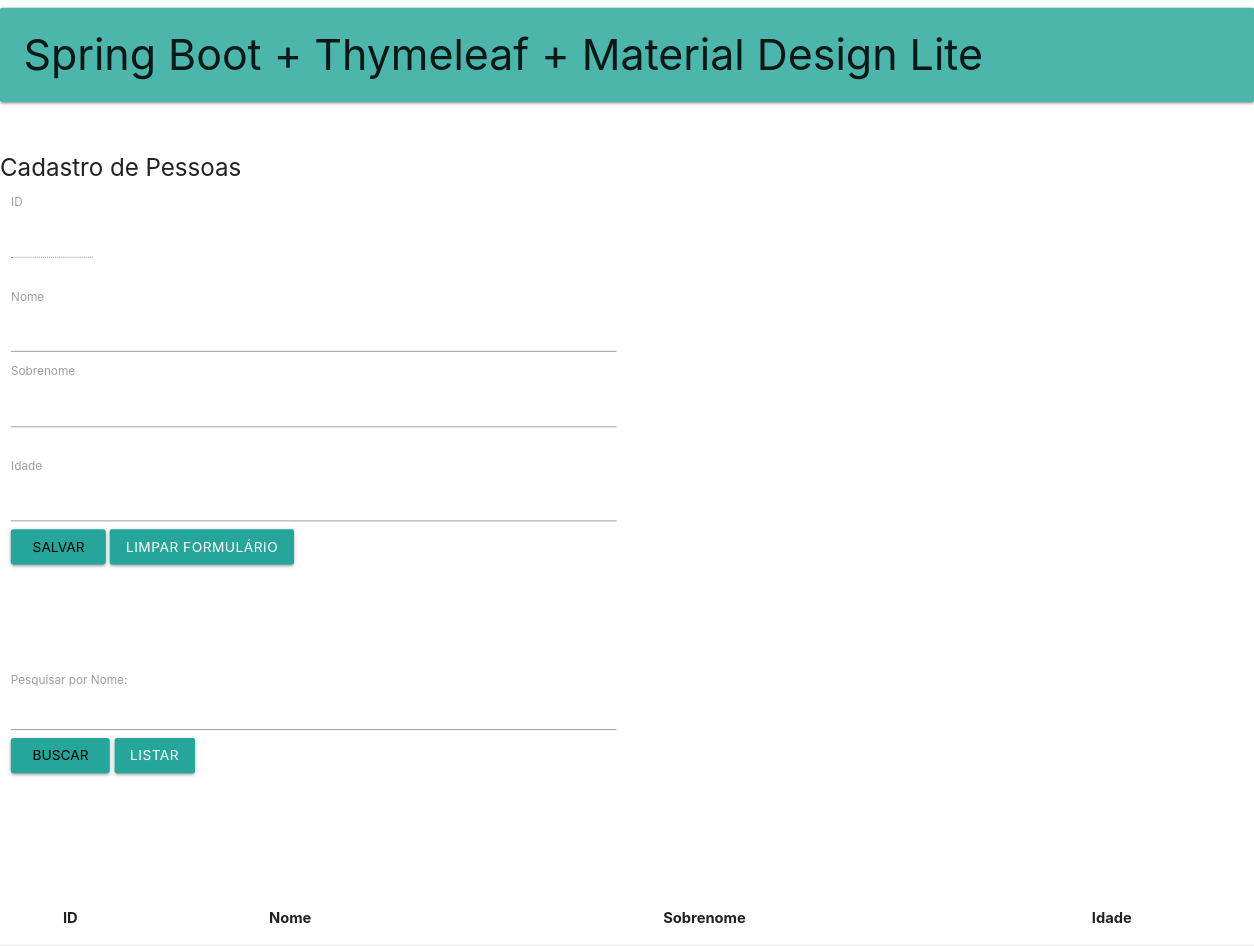
Repository: wendell-comp/Sistema-de-Gestao-de-Pessoas
Page: http://localhost/cadastro/cadastropessoa
An editor plug-in stored every save of this project. The page is shown before and after the next save, followed by the edit.
The browser window is 1280 px wide. The pictures show the whole page, at 98% of full size.
The page is this project's Thymeleaf template; nobody is signed in. The template is opened directly, without the code that normally fills it, so the values that code supplies are empty.

Above is the page before, as saved 2021-02-09 20:15:07.

After the next save:
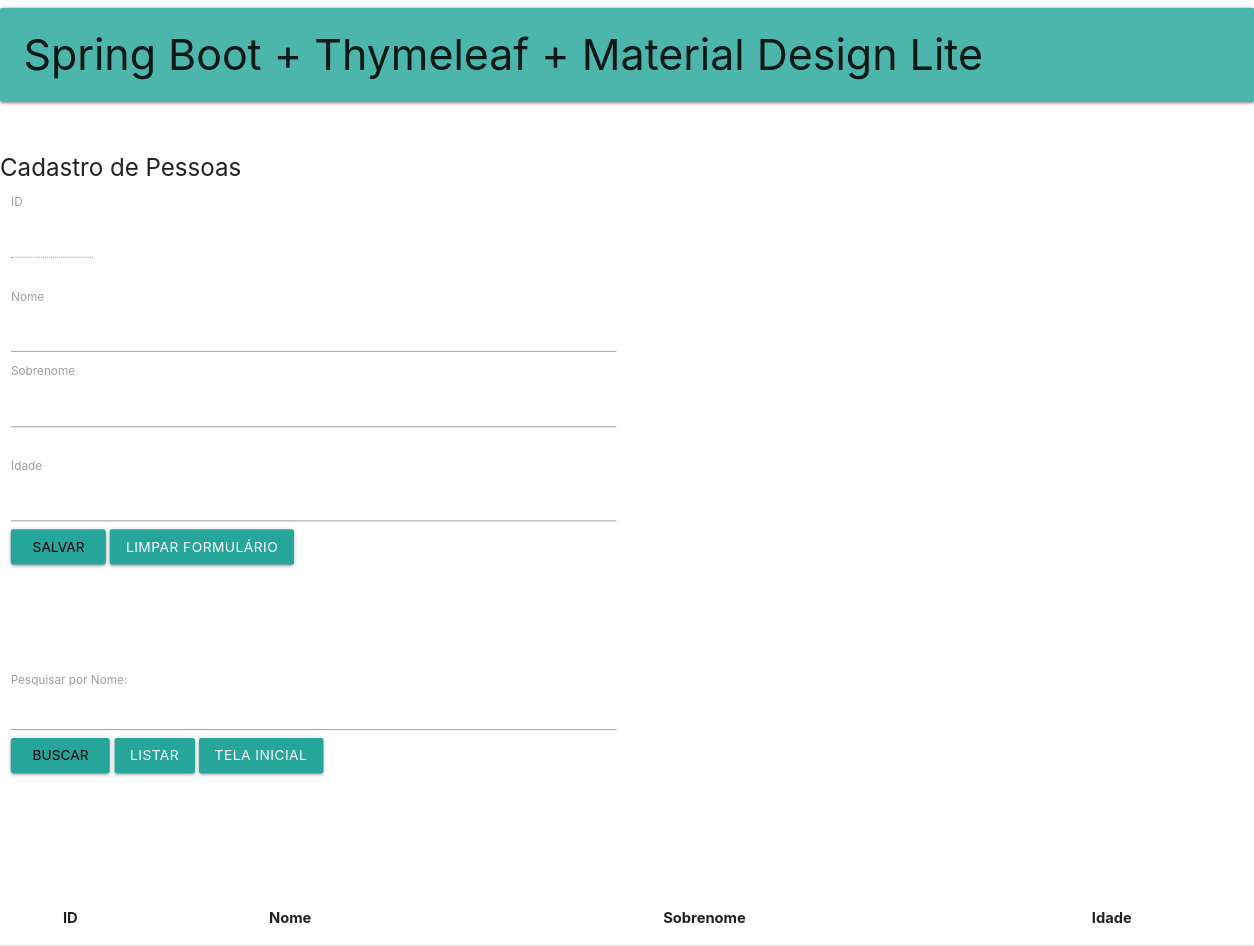
Saved 2 min 54 s later.
--- a/springboot/src/main/resources/templates/cadastro/cadastropessoa.html
+++ b/springboot/src/main/resources/templates/cadastro/cadastropessoa.html
@@ -45,7 +45,6 @@
 					<label for="idade" class="active">Idade</label>
 					<input name="idade" th:field="*{idade}" id="idade">
 					<input class="waves-effect waves-light btn" type="submit" value="Salvar">
-
 					<button class="waves-effect waves-ligth btn" onclick="document.getElementById ('formpessoa').reset();">Limpar Formulário</button>
 				</div>
 			</div>
@@ -67,6 +66,7 @@
 					<input name="nomepesquisa" id="nomepesquisa" class="validate">
 					<input class="waves-effect waves-light btn" type="submit" value="Buscar">
 					<a href="/listaspessoas" class="waves-effect waves-light btn">Listar</a>
+					<a href="/" class="waves-effect waves-light btn">Tela Inicial</a>
 				</div>
 			</div>
 		</form>
